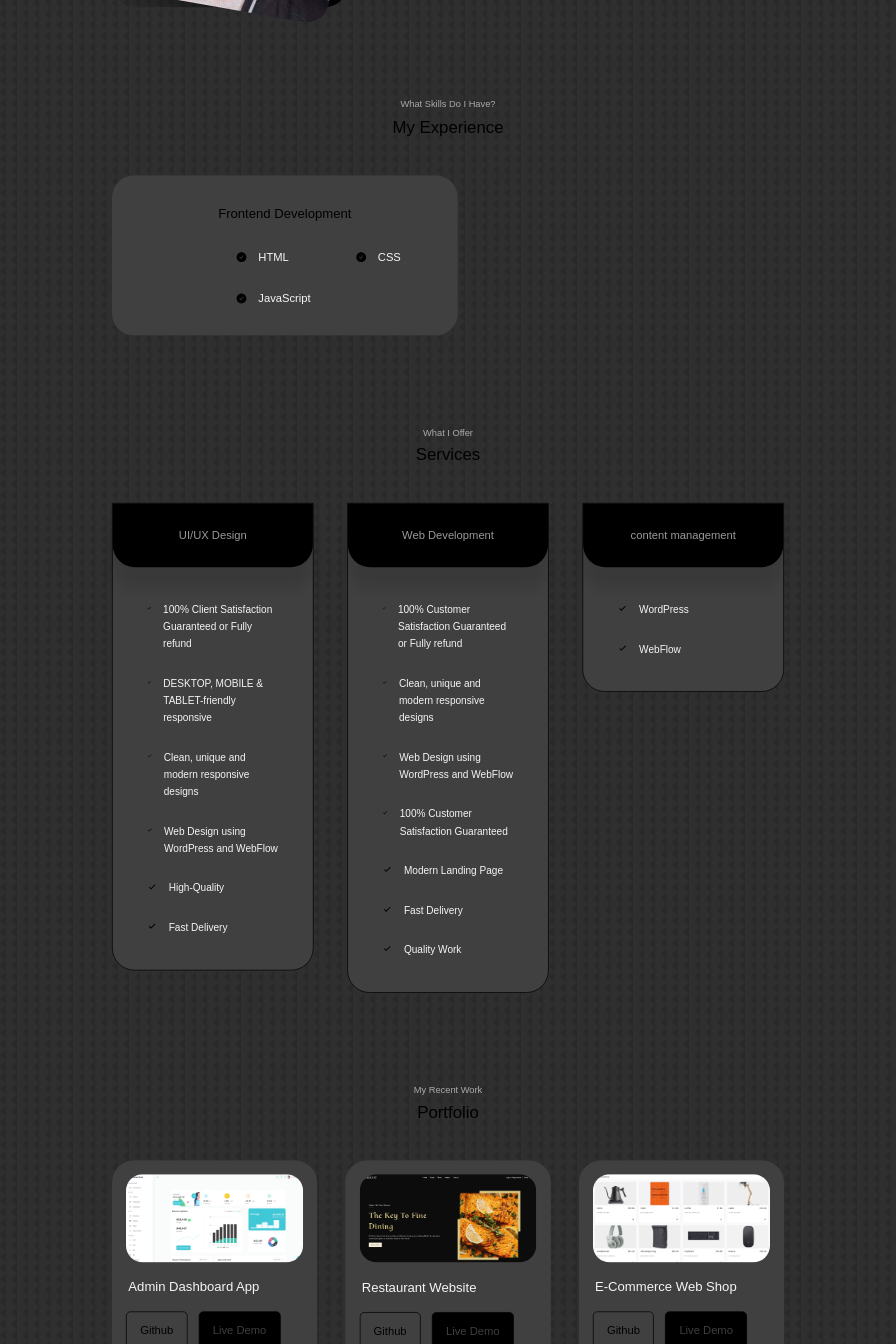
Repository: Z-Bahaa/project_joker_react_portfolio
Page: /
The author's editor kept a copy of each file at every save. The page is drawn from the files as they stood at one save, then again after the next save.
The browser window is 1280 px wide. The pictures show the part of the page from y = 1429 to 3349 px (the page is 5072 px tall before and 5013 px after), at 70% of full size.
Some web fonts or font styles are not loaded; a fallback is used. The project was rebuilt for these pictures with package versions that can differ from the ones it lists, and the page was loaded fresh each time. Imported but missing from the stored project, and not drawn on this page: src/assets/resume.pdf.

Above is the page before, as saved 2023-08-20 23:15:07.

### public/index.html
<!DOCTYPE html>
<html lang="en">

<head>
  <meta charset="UTF-8">
  <meta name="viewport" content="width=device-width, initial-scale=1.0">
  <title>Zeyad Bahaa</title>
  <link rel="shortcut icon" href="/Logo.png" />
</head>

<body>
  <div id="root"></div>
</body>

</html>

### src/App.jsx
import Header from './components/header/Header'
import Nav from './components/nav/Nav'
import About from './components/about/About'
import Experience from './components/experience/Experience'
import Services from './components/services/Services'
import Portfolio from './components/portfolio/Portfolio'
// import Testimonials from './components/testimonials/Testimonials'
import Contact from './components/contact/Contact'
import Footer from './components/footer/Footer'


const App = () => {
  return (
    <>
      <Header />
      <Nav />
      <About />
      <Experience />
      <Services />
      <Portfolio />
{/*       <Testimonials /> */}
      <Contact />
      <Footer />

    </>
  )
}

export default App

### src/components/header/Header.jsx
import './header.css';
import CTA from './CTA'
import ME from '../../assets/me-3.png'
import HeaderSocials from './HeaderSocials'

const Header = () => {
  return (
    <div className='header container' id='home'>
      <div className='header__container'>
        <h5>Hello, I'm</h5>
        <h1>Zeyad Bahaa</h1>
        <h5 className="text-light">Software & web development Enthusiast</h5>
        <CTA />
        <HeaderSocials />

        <div className="me">
          <img src={ME} alt="" />
        </div>

        <a href='#contact' className="scroll__down">Scroll Down</a>
      </div>
    </div>
  )
}

export default Header

### src/components/nav/Nav.jsx
import './nav.css'
import { AiOutlineHome, AiOutlineUser, AiOutlineMessage } from 'react-icons/ai'
import { BiBookAlt } from 'react-icons/bi'
import { BsBagDash } from 'react-icons/bs'
import { useState} from 'react'

const Nav = () => {
  const [activeNav, setActiveNAv] = useState('#')
  return (
    <div className="nav">
      <a href="#home" className={activeNav === '#' ? 'active' : ''} onClick={() => setActiveNAv('#')}><AiOutlineHome /></a>
      <a href="#about" className={activeNav === '#about' ? 'active' : ''} onClick={() => setActiveNAv('#about')}><AiOutlineUser /></a>
      <a href="#experience" className={activeNav === '#experience' ? 'active' : ''} onClick={() => setActiveNAv('#experience')}><BiBookAlt /></a>
      <a href="#services" className={activeNav === '#services' ? 'active' : ''} onClick={() => setActiveNAv('#services')}><BsBagDash /></a>
      <a href="#contact" className={activeNav === '#contact' ? 'active' : ''} onClick={() => setActiveNAv('#contact')}><AiOutlineMessage /></a>
    </div>
  )
}

export default Nav

### src/components/about/About.jsx
import './about.css'
import ME from '../../assets/me-3.png'
/* import { FiAward, FiUsers } from 'react-icons/fi'
import { AiFillFolderOpen } from 'react-icons/ai' */
const About = () => {
  return (
    <div className="section" id="about">
      <h5>Get To Know</h5>
      <h2>About Me</h2>

      <div className="container about__container">
        <div className="about__me">
          <div className="about__me-image">
            <img src={ME} alt="About" />
          </div>
        </div>

        <div className="about__content">
          {/* <div className="about__cards">

            <div className="about__card">
              <FiAward className="about__icon" />
              <h5>Experience</h5>
              <small>3+ Years Working</small>
            </div>

            <div className="about__card">
              <FiUsers className="about__icon" />
              <h5>Clients</h5>
              <small>200+ Worldwide</small>
            </div>

            <div className="about__card">
              <AiFillFolderOpen className="about__icon" />
              <h5>Projects</h5>
              <small>80+ Completed Projects</small>
            </div>

          </div> */}

          <p>
          Confident young professional with a passion for learning and development. eager to leverage education and training in the software development space to support the growth and success of a High performing organization. Strong track record of settling effective goals and leading teams to achieve those goals. committed to continuous improvement and driving team success.
          </p>

          <a href="#contact" className="btn btn-primary">Let's Talk</a>
        </div>
      </div>
    </div>
  )
}

export default About

### src/components/experience/Experience.jsx
import './experience.css'
import { backendExperiences, frontendExperiences } from '../../data/experiences'
import { AiFillCheckCircle } from 'react-icons/ai'

const Experience = () => {
  return (
    <div className="section" id="experience">
      <h5>What Skills Do I Have?</h5>
      <h2>My Experience</h2>
      <div className="container experience__container">
        <div className="experience__frontend">
        <h3>Frontend Development</h3>
          <div className="experience__content">
            {
              frontendExperiences.map(({name, experience}) => (
                <div className="experience__details">

                <AiFillCheckCircle className="experience__details-icon"/>
                <div>
                  <h4>{name}</h4>
                  <small>{experience}</small>
                </div>
            </div>
              ))
            }
          </div>
        </div>

      </div>
    </div>
  )
}

export default Experience

### src/components/services/Services.jsx
import './services.css'
import { BiCheck } from 'react-icons/bi'
import services from '../../data/services'

const Services = () => {
  return (
    <div className="section" id="services">
      <h5>What I Offer</h5>
      <h2>Services</h2>

      <div className="container services__container">
      {
        services.map(({name, subheadings}) => (
          <div className="service">
            <div className="service__head">
              <h3>{name}</h3>
            </div>
            <ul className="service__list">
              {subheadings.map((sub) => (
                <li>
                  <BiCheck className="service__icon" />
                  <p>{sub}</p>
                </li>
              ))}

            </ul>
      </div>
      ))
      }


      </div>
    </div>
  )
}

export default Services

### src/components/portfolio/Portfolio.jsx
import './portfolio.css'
import projects from '../../data/projects'



const Portfolio = () => {
  return (
    <div className="section">
      <h5>My Recent Work</h5>
      <h2>Portfolio</h2>

      <div className="container portfolio__container">
        {
          projects.map(item => (
            <div  key={item.id} className="portfolio__item">
              <img src={item.img} className="portfolio__item-image" alt=""/>
              <h3>{item.title || 'This is a portfolio item title'}</h3>
              <div className="portfolio__item-cta">
                <a className="btn" href={item.github} target='_blank' rel="noreferrer">Github</a>
                <a className="btn btn-primary" href={item.demo} target='_blank' rel="noreferrer">Live Demo</a>
              </div>
            </div>
          ))
        }
      </div>
    </div>
  )
}

export default Portfolio

### src/components/contact/Contact.jsx
import './contact.css'
import { AiOutlineMail, AiOutlineWhatsApp } from 'react-icons/ai'
import { RiMessengerLine } from 'react-icons/ri'


const Contact = () => {

  return (
    <div className="section" id="contact">
      <h5>Get In Touch</h5>
      <h2>Contact Me</h2>

      <div className="container contact__container">
        <div className="contact__options">

          <div className="contact__option">
            <AiOutlineMail className='contact__option-icon'/>
            <h4>Email</h4>
            <h5>zizobahaapersonal@gmail.com</h5>
            <a href="mailto:zizobahaapersonal@gmail.com">Send a message</a>
          </div>

          <div className="contact__option">
            <RiMessengerLine className='contact__option-icon'/>
            <h4>Messenger</h4>
            <h5>Zizo Bahaa</h5>
            <a href="https://m.me/100071918118359">Send a message</a>
          </div>
          <div className="contact__option">
            <AiOutlineWhatsApp className='contact__option-icon' />
            <h4>WhatsApp</h4>
            <h5>+201020730202</h5>
            <a href="https://api.whatsapp.com/send?phone=201020730202" >Send a message</a>
          </div>

        </div>

{        <form
          // ref={form}
          // onSubmit={sendEmail}
          >
          <input type="text" name="name" placeholder="Your Full Name" required/>
          <input type="email" name="email" placeholder="Your Email" required/>
          <textarea name="message" placeholder="Your Message" rows="7" required/>
          <button type="submit" className="btn btn-primary">send Message</button>
        </form>}
      </div>
    </div>
  )
}

export default Contact

### src/components/header/header.css
.header {
  height: 120vh;
  padding-top: 7rem;
  /* overflow: hidden; */
}

.header__container {
  text-align: center;
  height: 100%;
  position: relative;
}

.cta {
  margin-top: 2.5rem;
  display: flex;
  gap: 1.2rem;
  justify-content: center;
}

.header__socials {
  display: flex;
  flex-direction: column;
  position: absolute;
  left: 0;
  bottom: 2rem;
  gap: 1rem;
}

.header__socials::after {
  content: "";
  width: 1px;
  height: 2rem;
  background: var(--color-primary);
  align-self: center;
}

.me {
  background: linear-gradient(var(--color-primary), transparent);
  width: 22rem;
  max-height: 30rem;
  position: absolute;
  left: calc(50% - 11rem);
  margin-top: 4rem;
  border-radius: 12rem 12rem 0 0;
  -webkit-border-radius: 12rem 12rem 0 0;
  -moz-border-radius: 12rem 12rem 0 0;
  -ms-border-radius: 12rem 12rem 0 0;
  -o-border-radius: 12rem 12rem 0 0;
  overflow: hidden;
  /* padding: 5rem 1.5rem 1.5rem 1.5rem; */
}
/* .me img {
  min-height: 40rem;
} */

.scroll__down {
  position: absolute;
  right: 0rem;
  bottom: 5rem;
  transform: rotate(90deg);
  -webkit-transform: rotate(90deg);
  -moz-transform: rotate(90deg);
  -ms-transform: rotate(90deg);
  -o-transform: rotate(90deg);
  font-weight: 300;
  font-size: 0.9rem
}

@media screen and (max-width: 1024px) {
  .header {
    height: 70vh;
  }
}

@media screen and (max-width: 600px) {
  .header {
    height: 100vh;
  }


}

### src/components/header/CTA.jsx
import CV from '../../assets/resume.pdf'

import React from 'react'

const CTA = () => {
  return (
    <div className="cta">
      <a href={CV} className='btn'>Download CV</a>
      <a href="#contact" className="btn btn-primary">Let's Talk</a>
    </div>
  )
}

export default CTA

### src/components/header/HeaderSocials.jsx
import { AiOutlineLinkedin, AiOutlineFacebook,} from 'react-icons/ai'
import {FiGithub} from 'react-icons/fi'



const HeaderSocials = () => {
  return (
    <div className="header__socials">
      <a href='https://www.linkedin.com/in/zizo-bahaa' target='_blank'  rel="noreferrer"><AiOutlineLinkedin /></a>
      <a href='https://github.com/Z-Bahaa' target='_blank'  rel="noreferrer"><FiGithub /></a>
      <a href='https://www.facebook.com/profile.php?id=100071918118359' target='_blank'  rel="noreferrer"><AiOutlineFacebook /></a>
    </div>
  )
}

export default HeaderSocials

### src/components/nav/nav.css
.nav {
  background: rgba(0, 0, 0, 0.3);
  width: max-content;
  display: block;
  padding: 0.7em 1.7em;
  z-index: 2;
  position: fixed;
  left: 50%;
  transform: translateX(-50%);
  -webkit-transform: translateX(-50%);
  -moz-transform: translateX(-50%);
  -ms-transform: translateX(-50%);
  -o-transform: translateX(-50%);
  bottom: 2rem;
  display: flex;
  gap: 0.8rem;
  border-radius: 3rem;
  -webkit-border-radius: 3rem;
  -moz-border-radius: 3rem;
  -ms-border-radius: 3rem;
  -o-border-radius: 3rem;
  backdrop-filter: blur(15px);
}

.nav a {
  background: transparent;
  padding: 0.8rem;
  border-radius: 50%;
  -webkit-border-radius: 50%;
  -moz-border-radius: 50%;
  -ms-border-radius: 50%;
  -o-border-radius: 50%;
  display: flex;
  color: var(--color-light);
  font-size: 1.1rem;
}

.nav a:hover {
  background: rgba(0, 0, 0, 0.3);
}

.nav a.active {
  background: var(--color-primary);
  color: var(--color-bg)
}

### src/components/experience/experience.css
.experience__container {
  display: grid;
  grid-template-columns: 1fr 1fr;
  gap: 2rem;
}

.experience__container > div {
  background: var(--color-bg-variant);
  padding: 2.4rem 5rem;
  border-radius: 2rem;
  -webkit-border-radius: 2rem;
  -moz-border-radius: 2rem;
  -ms-border-radius: 2rem;
  -o-border-radius: 2rem;
  border: 1px solid transparent;
  transition: var(--transition);
  -webkit-transition: var(--transition);
  -moz-transition: var(--transition);
  -ms-transition: var(--transition);
  -o-transition: var(--transition);
}

.experience__container > div:hover {
  background: transparent;
  border-color: var(--color-primary-variant);
  cursor: default;
}

.experience__container > div h3 {
  text-align: center;
  margin-bottom: 2rem;
  color: var(--color-primary);
}

.experience__content{
  display: grid;
  padding-left: 6rem;
  grid-template-columns: 1fr 1fr;
  gap: 4rem;
  row-gap: 2rem;
}

.experience__details {
  display: flex;
  gap: 1rem;
}

.experience__details-icon {
  margin-top: 6px;
  color: var(--color-primary);
}
/* .experience__frontend, .experience__backend {
  display: flex;
  justify-content: center;
} */

@media screen and (max-width: 1024px) {
  .experience__container {
    grid-template-columns: 1fr;
    gap: 2rem;
  }

  .experience__container > div {
    width: 80%;
    padding: 2rem;
    margin: 0 auto;
  }

  .experience__content{
    padding: 1rem;
  }
}

@media screen and (max-width: 600px) {
  .experience__container {
    gap: 1rem;
  }

  .experience__container > div {
    width: 100%;
    padding: 2rem 1rem;
    margin: 0 auto;
  }
}

### src/data/experiences.js
 const experiences = [
  {
    title: 'UI/UX Design & content management',
    list: [
      {
        name: 'Figma',
        experience: '2 years',
        level: 'intermediate',
      },
      {
        name: 'Figma AI Blugins',
        experience: '1 years',
        level: 'intermediate',
      },
      {
        name: 'Bubble.io',
        experience: '1 years',
        level: 'beginner',
      },
      {
        name: 'WordPress',
        experience: '1 years',
        level: 'beginner',
      },
      {
        name: 'WebFlow',
        experience: '1 years',
        level: 'beginner',
      },
    ],
  },
  {
    title: 'Frontend Development',
    list: [
     {
       name: '',
       experience: '',
       level: '',
     }
    ],
  },
  {
    title: '',
    list: [
      {
        name: 'ReactJS',
        experience: '3 years',
        level: 'advanced',
      },
      {
        name: 'React-Native',
        experience: '2 years',
        level: 'intermediate',
      },
      {
        name: 'NextJS',
        experience: '1 years',
        level: 'Beginner',
      },
      {
        name: 'ReactJS',
        experience: '3 years',
        level: 'advanced',
      },
    ],
  }
 ];

 const backendExperiences = [
   {
     "name": "NodeJS",
     "experience": "",
     "level": ""
   },
   {
     "name": "ExpressJS",
     "experience": "",
     "level": ""
   },
   {
     "name": "AJAX",
     "experience": "",
     "level": ""
   },
   {
     "name": "MorganJS",
     "experience": "",
     "level": ""
   },
   {
     "name": "Python",
     "experience": "",
     "level": ""
   },
   {
     "name": "MongoDB",
     "experience": "",
     "level": ""
   },
   {
     "name": "JWT Auth",
     "experience": "",
     "level": ""
   },
 ];
 const frontendExperiences = [
  {
    "name": "HTML",
    "experience": "",
    "level": ""
  },
  {
    "name": "CSS",
    "experience": "",
    "level": ""
  },
  {
    "name": "JavaScript",
    "experience": "",
    "level": ""
  },
];

export { backendExperiences, frontendExperiences }

### src/components/services/services.css
.services__container {
  display: grid;
  grid-template-columns: repeat(3, 1fr);
  gap: 3rem;
}

.service {
  background: var(--color-bg-variant);
  border-radius: 0 0 2rem 2rem;
  -webkit-border-radius: 0 0 2rem 2rem;
  -moz-border-radius: 0 0 2rem 2rem;
  -ms-border-radius: 0 0 2rem 2rem;
  -o-border-radius: 0 0 2rem 2rem;
  border: 1px solid var(--color-primary);
  height: fit-content;
  transition: var(--transition);
}

.service:hover {
  background: transparent;
  border-color: var(--color-primary-variant);
  cursor: default;
}

.service__head {
  background: var(--color-primary);
  padding: 2rem;
  border-radius: 0 0 2rem 2rem;
  -webkit-border-radius: 0 0 2rem 2rem;
  -moz-border-radius: 0 0 2rem 2rem;
  -ms-border-radius: 0 0 2rem 2rem;
  -o-border-radius: 0 0 2rem 2rem;
  box-shadow: 0 2rem 1rem rgba(0, 0, 0, 0.1);
}

.service__head h3 {
  color: var(--color-light);
  font-size: 1rem;
  text-align: center;
}

.service__list {
  padding: 2rem;

}

.service__list li {
  display: flex;
  gap: 1rem;
  padding: 1rem;
}

.service__icon {
  color: var(--color-primary);
  margin-top: 2px;
}

.service__list li p {
 font-size: 0.9rem;
}

@media screen and (max-width: 1024px) {
  .services__container {
    grid-template-columns: 1fr 1fr;
    gap: 2rem;
  }

  .service {
    height: auto;
  }
}

@media screen and (max-width: 600px) {
  .services__container {
    grid-template-columns: 1fr ;
    gap: 1.5rem;
  }
}

### src/components/portfolio/portfolio.css
.portfolio__container {
  display: grid;
  grid-template-columns: repeat(3, 1fr);
  gap: 2.5rem;
}

.portfolio__item {
  background: var(--color-bg-variant);
  padding: 1.2rem;
  border-radius: 2rem;
  -webkit-border-radius: 2rem;
  -moz-border-radius: 2rem;
  -ms-border-radius: 2rem;
  -o-border-radius: 2rem;
  border: 1px solid transparent;
  transition: var(--transition);
  -webkit-transition: var(--transition);
  -moz-transition: var(--transition);
  -ms-transition: var(--transition);
  -o-transition: var(--transition);
}

.portfolio__item:hover {
  border-color: var(--color-primary-variant);
  background: transparent;
}

.portfolio__item-image {
  border-radius: 1.5rem;
  -webkit-border-radius: 1.5rem;
  -moz-border-radius: 1.5rem;
  -ms-border-radius: 1.5rem;
  -o-border-radius: 1.5rem;
  overflow: hidden;
}

.portfolio__item h3 {
  margin: 1.2rem 0.2rem;
}

.portfolio__item-cta {
  display: flex;
  gap: 1rem;
  margin-bottom: 1rem;
}

@media screen and (max-width: 1024px) {
  .portfolio__container {
    grid-template-columns: 1fr 1fr;
    gap: 1.2rem;
  }
}

@media screen and (max-width: 600px) {
  .portfolio__container {
    grid-template-columns: 1fr;
    gap: 1rem;
  }
}

### src/components/contact/contact.css
.container.contact__container {
  width: 58%;
  display: grid;
  grid-template-columns: 30% 58%;
  gap: 12%;
}

.contact__options {
  display: flex;
  flex-direction: column;
  gap: 1.2rem;
}

.contact__option {
  background: var(--color-bg-variant);
  padding: 1.2rem;
  border-radius: 1.2rem;
  -webkit-border-radius: 1.2rem;
  -moz-border-radius: 1.2rem;
  -ms-border-radius: 1.2rem;
  -o-border-radius: 1.2rem;
  text-align: center;
  border: 1px solid transparent;
  transition: var(--transition);
  overflow: hidden;
}

.contact__option:hover {
  background: transparent;
  border-color: var(--color-primary-variant);
}

.contact__option-icon {
  font-size: 1.5rem;
  margin-bottom: 0.5rem;

}

.contact__option a {
  margin-top: 0.7rem;
  display: inline-block;
  font-size: .8rem;
}

form {
  display: flex;
  flex-direction: column;
  gap: 1.2rem;
}

input, textarea {
  width: 100%;
  padding: 1.5rem;
  border-radius: 0.5rem;
  -webkit-border-radius: 0.5rem;
  -moz-border-radius: 0.5rem;
  -ms-border-radius: 0.5rem;
  -o-border-radius: 0.5rem;
  background: transparent;
  border: 1px solid var(--color-primary-variant);
  resize: none;
  color: var(--color-white);
}

@media screen and (max-width: 1024px) {
  .container.contact__container {
    grid-template-columns: 1fr;
    gap: 2rem;
  }
}

@media screen and (max-width: 600px) {
  .container.contact__container {
    width: var(--container-width-sm);
  }
}

### src/components/footer/footer.css
.footer {
  background: var(--color-primary);
  padding: 3rem 0;
  padding-bottom: 0;
  text-align: center;
  font-size:0.9rem;
  margin-top: 7rem;
}

.footer a {
  color: var(--color-bg);
}

.footer__icon {
  font-size:2rem;
  font-weight: 500;
  margin-bottom: 2rem;
  display: inline-block;
}

.permalinks {
  display: flex;
  flex-wrap: wrap;
  justify-content: center;
  gap: 2rem;
  margin: 0 auto 3rem;
}

.footer__socials {
  display: flex;
  justify-content: center;
  gap: 1rem;
  margin-bottom: 4rem;
}

.footer__socials a {
  background: var(--color-bg);
  color: var(--color-white);
  padding: 0.8rem;
  border-radius: 0.7rem;
  -webkit-border-radius: 0.7rem;
  -moz-border-radius: 0.7rem;
  -ms-border-radius: 0.7rem;
  -o-border-radius: 0.7rem;
  display: flex;
  border: 1px solid transparent;
  margin-bottom: 5rem;
}

.footer__socials a:hover {
  background: transparent;
  color: var(--color-bg);
  border-color: var(--color-bg);

}

.footer__copyright {
  margin-bottom: 4rem;
  color: var(--color-bg);
}

@media screen and (max-width: 600px) {
  .permalinks {
    flex-direction: column;
    gap: 1.5rem;
  }
}

Loaded but not shown: src/data/projects.js (59 lines, source omitted); src/data/services.js (33 lines, source omitted); src/index.js (5 lines, source omitted); src/index.css (151 lines, source omitted); src/components/about/about.css (141 lines, source omitted); src/components/footer/Footer.jsx (39 lines, source omitted)

After the next save:
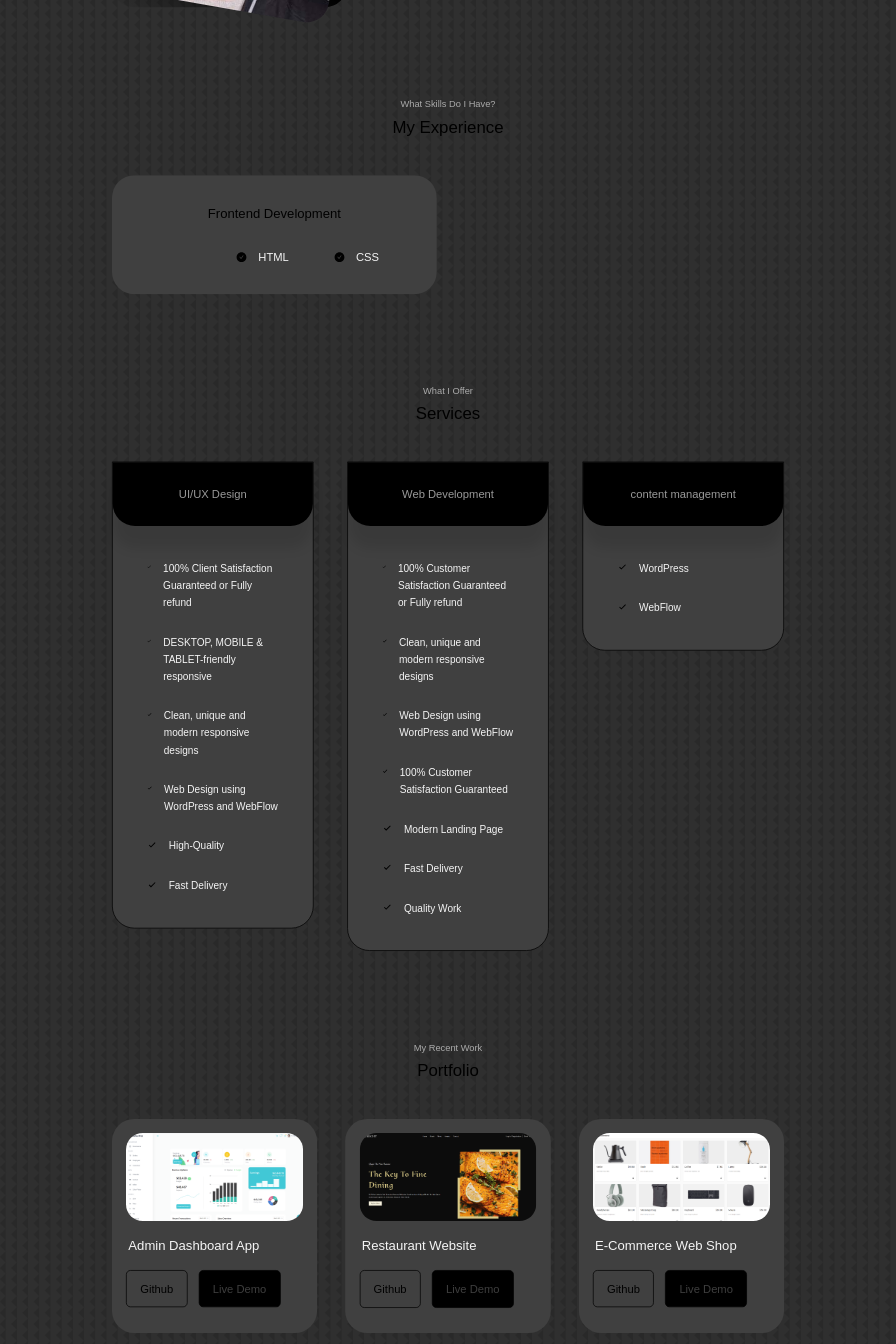
Saved 4 s later.
--- a/src/data/experiences.js
+++ b/src/data/experiences.js
@@ -114,11 +114,6 @@
     "experience": "",
     "level": ""
   },
-  {
-    "name": "JavaScript",
-    "experience": "",
-    "level": ""
-  },
 ];
 
 export { backendExperiences, frontendExperiences }
